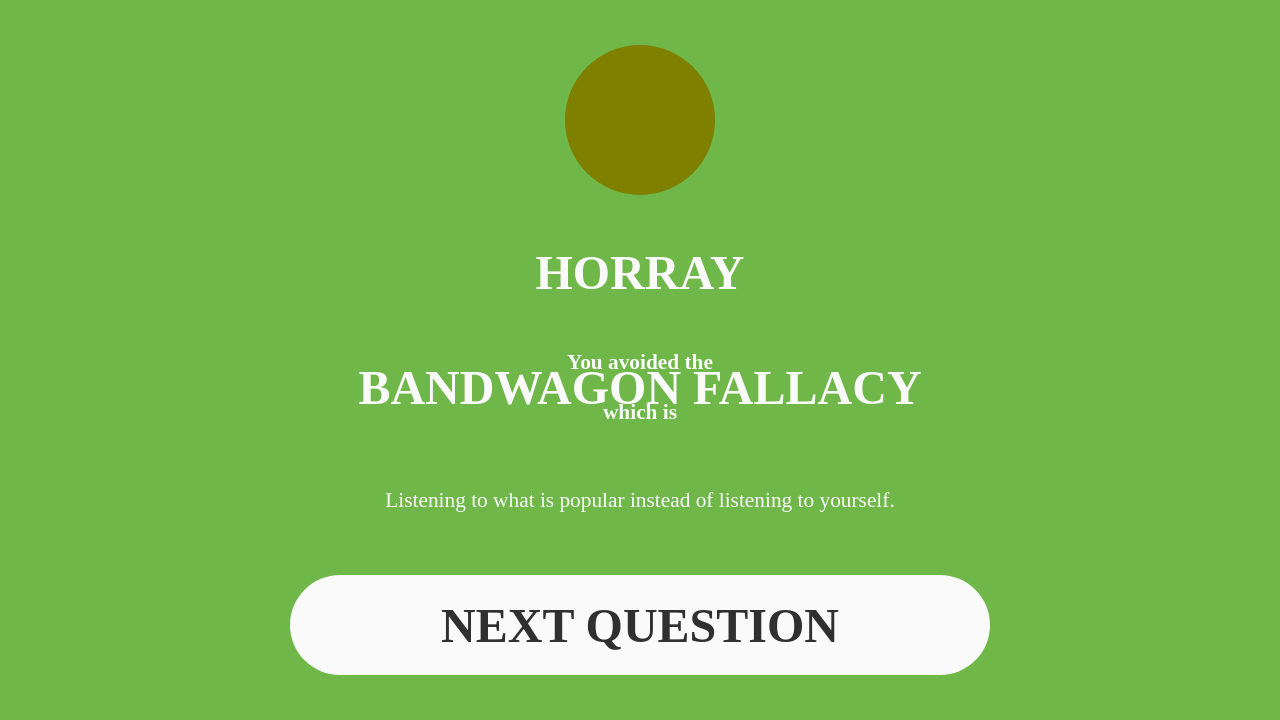
Repository: cindyvunguyen/fallacy
Page: index.html
An editor plug-in stored every save of this project. The page is shown before and after the next save, followed by the edit.
The browser window is 1280 px wide. The pictures show the whole page.
Some web fonts or font styles are not loaded; a fallback is used.

Above is the page before, as saved 2020-03-12 16:25:47.

### index.html
<!DOCTYPE html>
<html lang="en">
<head>
    <meta charset="UTF-8">
    <meta name="viewport" content="width=device-width, initial-scale=1.0">
    <title>FALLACIES</title>
    <link href="style.css" rel="stylesheet" type="text/css">
</head>
<body>
    <div id="app">

        <!-- CINDY START -->

        <div id="home-page"></div>

        <div id="lets-start-page"></div>

        <div id="question-page"></div>

        <!-- CINDY END -->

        <!-- SOPHIA START -->

        <div id="correct-page">
            <div id="correct-icon"></div>
            <div id="cp-text1">HORRAY</div>
            <div id="cp-a-outcome">
                <div id="cp-text2">You avoided the</div>
                <div id="cp-fallacy">BANDWAGON FALLACY</div>
                <div id="cp-text2">which is</div>
            </div>
            <div id="cp-definition">Listening to what is popular instead of listening to yourself.</div>
            <button class="white-button">NEXT QUESTION</button>
        </div>

        <div id="incorrect-page"></div>

        <!-- the two above pages technically have the same HTML. so you can only have 1 div and change the CSS through JS. it's entirely up to you. -->

        <div id="results-page"></div>

        <div id="game-over-page"></div>

        <!-- the two above pages technically have the same HTML, so you can only have 1 div and change the CSS through JS. it's entirely up to you. -->

        <!-- SOPHIA END -->

        <!-- CHLOE START -->

        <div id="review-page"></div>

        <div id="review2-page"></div>

        <div id="fallacy-review-page"></div>

        <div id="three-fallacies-page"></div>
        <!-- change the page's content with JS to show all three fallacies when clicked -->

        <!-- CHLOE END -->
        <script src="js.js"></script>
    </div>
</body>
</html>

### style.css
body {
    margin: 0;
}

#app {
    width: 100vw;
    height: 100vh;
    font-family: Visby;
    background-color: #468091;
    color: #FAFAFA;
}

@font-face {
    font-family: Visby;
    src: url(fonts/VisbyRoundCF-Regular.otf) format("woff");
}

@font-face {
    font-family: Visby;
    src: url(fonts/VisbyRoundCF-ExtraBold.otf) format("woff");
    font-weight: bold;
}

.pink-button {
    height: 100px;
    width: 700px;
    background-color: #ed2265;
    border: 0px;
    border-radius: 75px;
    font-family: Visby;
    font-weight: bold;
    font-size: 36pt;
    color: #FAFAFA;
    outline: 0;
}

.pink-button:active {
    background-color: #9c1542;
}

.white-button {
    height: 100px;
    width: 700px;
    background-color: #FAFAFA;
    border: 0px;
    border-radius: 75px;
    font-family: Visby;
    font-weight: bold;
    font-size: 36pt;
    color: #303030;
    outline: 0;
}

.white-button:active {
    background-color: #9e9e9e;
}

.grey-button {
    height: 100px;
    width: 700px;
    background-color: #303030;
    border: 0px;
    border-radius: 75px;
    font-family: Visby;
    font-weight: bold;
    font-size: 36pt;
    color: #FAFAFA;
    outline: 0;
}

.grey-button:active {
    background-color: #000000;
}

/* CINDY START */

/* CINDY END */

/* SOPHIA START */
#correct-page {
    width: 100vw;
    height: 100vh;
    display: flex;
    /* display: none; */
    flex-direction: column;
    align-items: center;
    justify-content: center;
    background-color: #6eb748; /* incorrect, change to #860000*/
}

#correct-icon {
    background-color: olive;
    width: 150px;
    height: 150px;
    border-radius: 50%;
}

#cp-text1 {
    font-size: 36pt;
    font-weight: bold;
    padding: 50px 0;
}

#cp-text2 {
    font-size: 16pt;
    font-weight: bold;
}

#cp-fallacy {
    font-size: 36pt;
    font-weight: bold;
}

#cp-definition {
    font-size: 16pt;
    line-height: 150px;
}

#cp-a-outcome {
    line-height: 25px;
    display: flex;
    flex-direction: column;
    align-items: center;
    justify-content: center;
}

#incorrect-page {
    width: 100vw;
    height: 100vh;
    /* display: flex; */
    display: none;
    flex-direction: column;
    align-items: center;
    justify-content: center;
    background-color: #860000;
}

#incorrect-icon {
    background-color: olive;
    width: 150px;
    height: 150px;
    border-radius: 50%;
}

#ip-text1 {
    font-size: 36pt;
    font-weight: bold;
    padding: 50px 0;
}

#ip-text2 {
    font-size: 16pt;
    font-weight: bold;
}

#ip-fallacy {
    font-size: 36pt;
    font-weight: bold;
}

#ip-definition {
    font-size: 16pt;
    line-height: 150px;
}

#ip-a-outcome {
    line-height: 25px;
    display: flex;
    flex-direction: column;
    align-items: center;
    justify-content: center;
}

/* SOPHIA END */

/* CHLOE START */

/* CHLOE END */

Loaded but not shown: js.js (no copy from this time; the picture is the same without it)

After the next save:
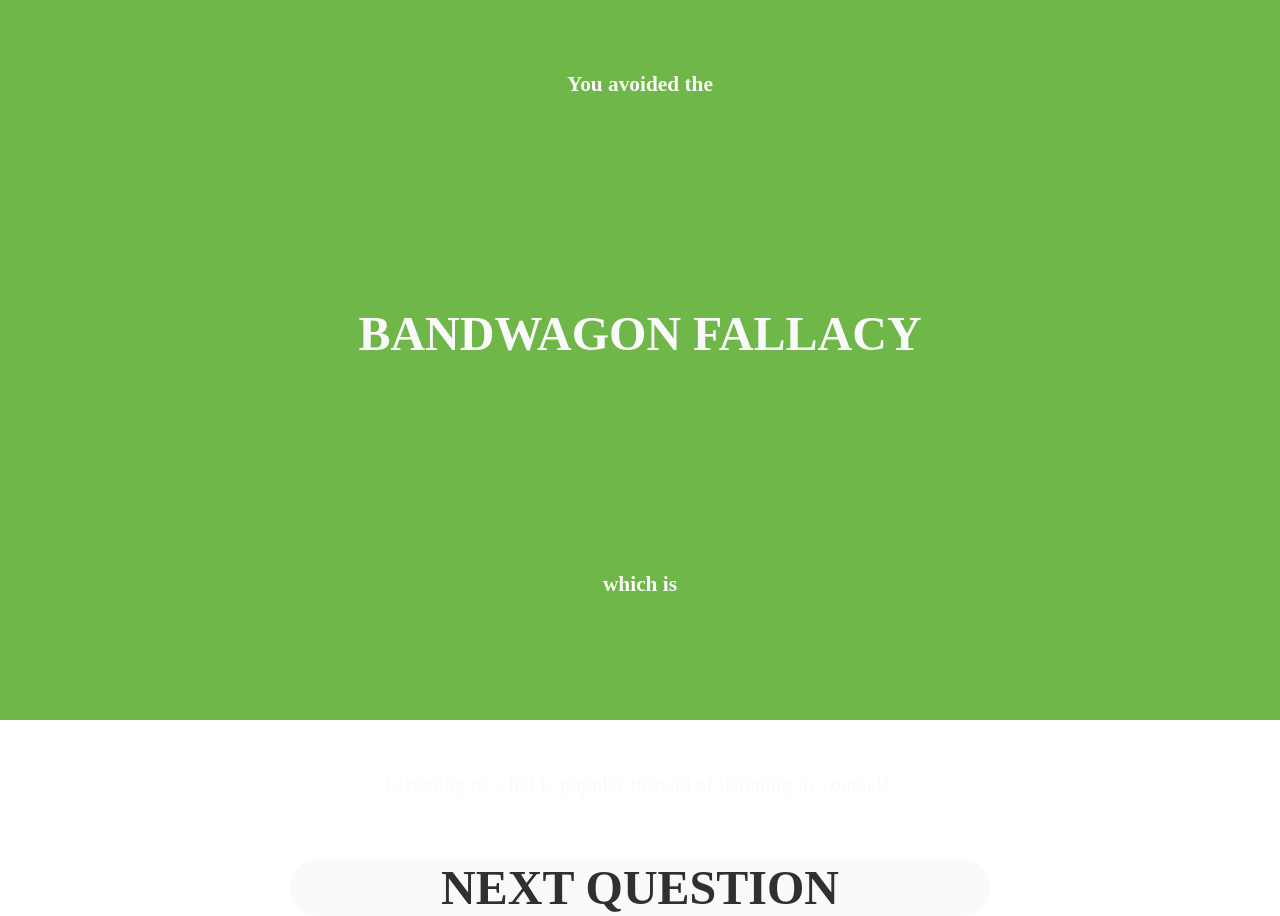
Saved 16 s later.
--- a/style.css
+++ b/style.css
@@ -117,7 +117,7 @@ body {
 }
 
 #cp-a-outcome {
-    line-height: 25px;
+    line-height: 250px;
     display: flex;
     flex-direction: column;
     align-items: center;
